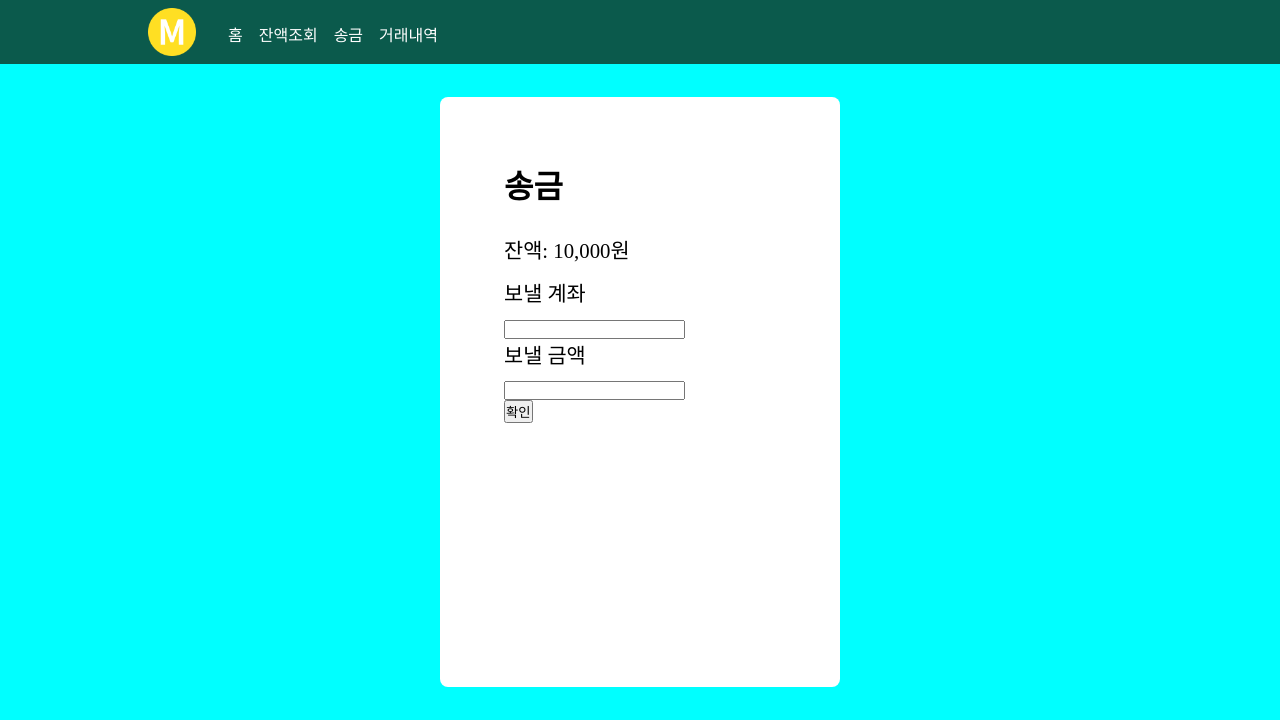
Repository: JiNookk/makaobank
Page: week06/makaoBank/transfer.html
These files come from the project's save history. The page is drawn as it stood at one moment and after the next save; the edit follows.
The browser window is 1280 px wide. The pictures show the whole page.

Above is the page before, as saved 2022-09-13 17:41:16.

After the next save:
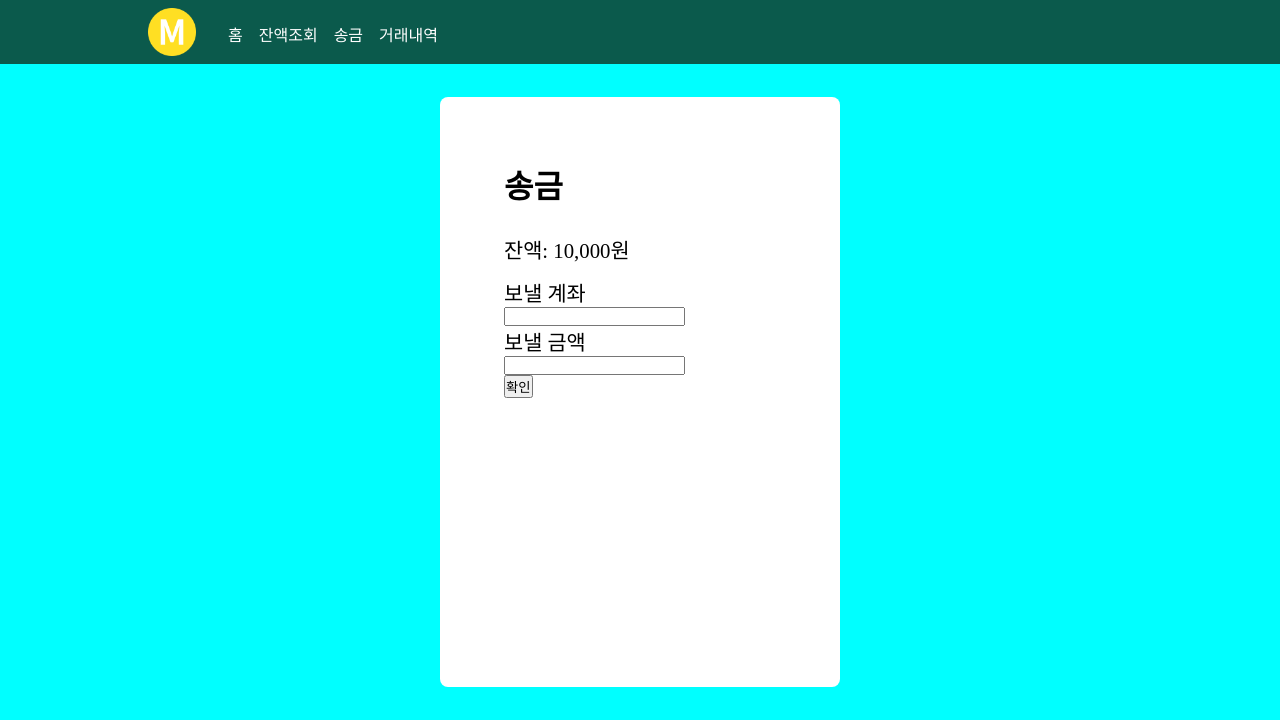
Saved 25 s later.
--- a/week06/makaoBank/css/elements.css
+++ b/week06/makaoBank/css/elements.css
@@ -86,6 +86,10 @@ p{
     margin-bottom: 1.7rem;
 }
 
+form p{
+    margin-bottom: 0;
+}
+
 input{
     /* margin-bottom: .8rem; */
 }
